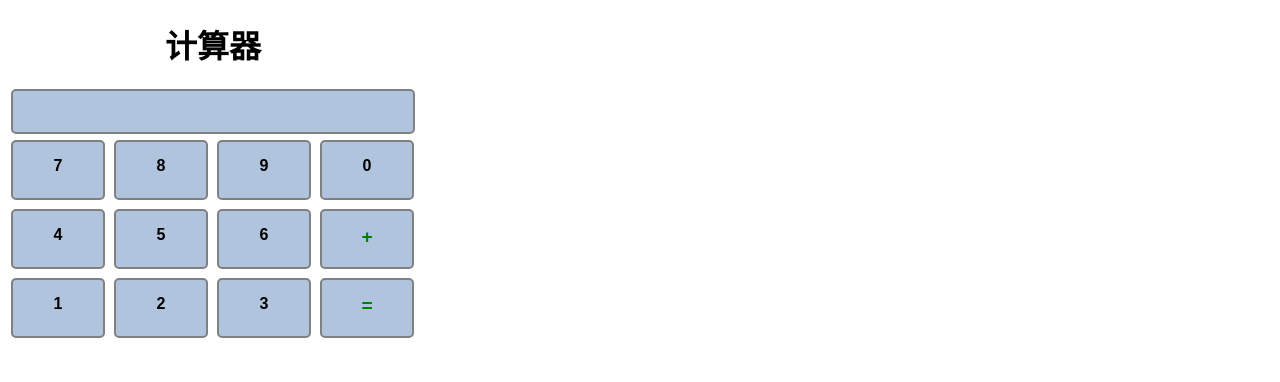
Repository: fzw1202/web-calculator
Page: index.html
These files come from the project's save history. The page is drawn as it stood at one moment and after the next save; the edit follows.
The browser window is 1280 px wide. The pictures show the whole page.

Above is the page before, as saved 2023-03-24 14:22:14.

After the next save:
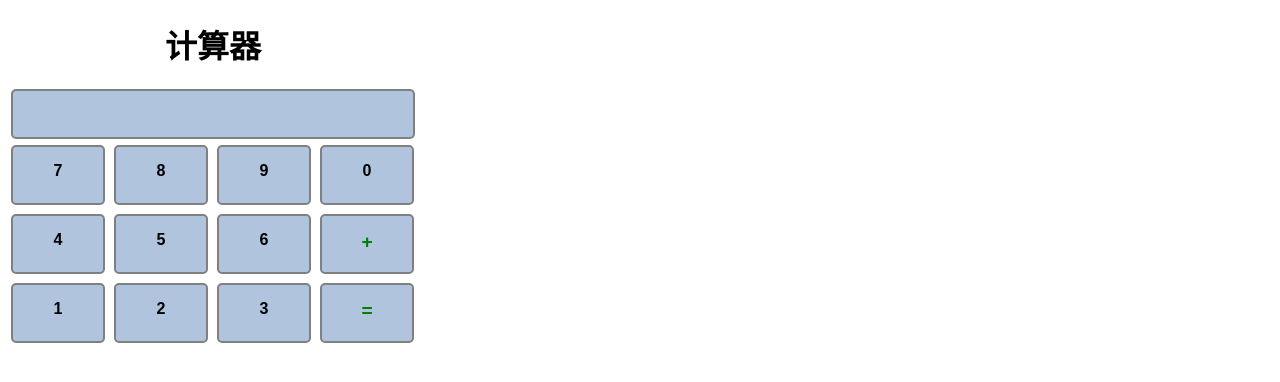
Saved 2 min 49 s later.
--- a/css/style.css
+++ b/css/style.css
@@ -32,7 +32,7 @@ body {
     background-color: lightsteelblue;
     border-style: solid;
     border-radius: 5px;
-    height: 45px;
+    height: 50px;
     border: 2px solid gray;
     color: black;
     text-align: right;
